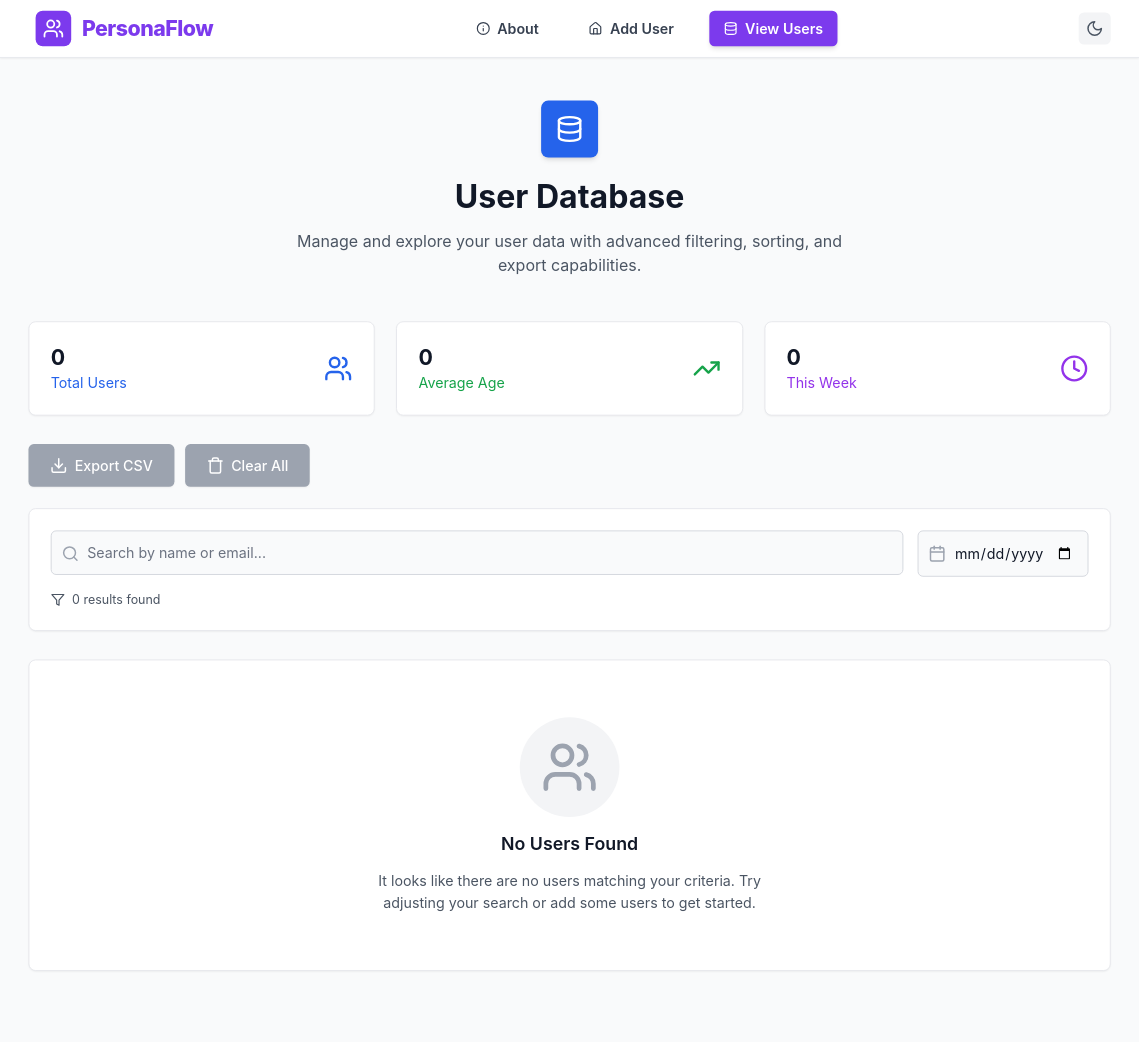
Repository: nikunjagarwal05/PersonaFlow
Page: /view
These files come from the project's save history. The page is drawn as it stood at one moment and after the next save; the edit follows.
The browser window is 1280 px wide. The pictures show the whole page, at 89% of full size.
The project was rebuilt for these pictures with package versions that can differ from the ones it lists, and the page was loaded fresh each time. Also part of the build but not shown: vite.config.ts, src/components/Toast.jsx, src/components/UserForm.jsx, src/pages/Home.jsx, src/components/Pagination.jsx, src/pages/About.jsx.

Above is the page before, as saved 2025-06-10 18:12:16.

### index.html
<!doctype html>
<html lang="en">
  <head>
    <meta charset="UTF-8" />
    <link rel="icon" type="image/svg+xml" href="/vite.svg" />
    <meta name="viewport" content="width=device-width, initial-scale=1.0" />
    <meta name="description" content="PersonaFlow - A professional user management system with advanced data handling capabilities" />
    <meta name="keywords" content="user management, data management, professional design, React, JavaScript" />
    <meta name="author" content="PersonaFlow Team" />

    <!-- Open Graph / Facebook -->
    <meta property="og:type" content="website" />
    <meta property="og:title" content="PersonaFlow - Professional User Management" />
    <meta property="og:description" content="Manage users with our professional, clean interface" />

    <!-- Twitter -->
    <meta property="twitter:card" content="summary_large_image" />
    <meta property="twitter:title" content="PersonaFlow - Professional User Management" />
    <meta property="twitter:description" content="Manage users with our professional, clean interface" />

    <title>PersonaFlow - User Management System</title>
  </head>
  <body>
    <div id="root"></div>
    <script type="module" src="/src/main.jsx"></script>
  </body>
</html>

### src/App.jsx
import React, { useState, useEffect } from 'react';
import { BrowserRouter as Router, Routes, Route } from 'react-router-dom';

import { ToastProvider } from './components/ToastContainer';
import Navbar from './components/Navbar';
import Home from './pages/Home';
import ViewData from './pages/ViewData';
import About from './pages/About';

// App component manages global state, dark mode, and routing
function App() {
  const [darkMode, setDarkMode] = useState(() => {
    const saved = localStorage.getItem('darkMode');
    return saved ? JSON.parse(saved) : false;
  });

  useEffect(() => {
    localStorage.setItem('darkMode', JSON.stringify(darkMode));
    if (darkMode) {
      document.documentElement.classList.add('dark');
    } else {
      document.documentElement.classList.remove('dark');
    }
  }, [darkMode]);

  const toggleDarkMode = () => {
    setDarkMode(!darkMode);
  };

  return (
    <div className={`min-h-screen transition-colors duration-300 ${darkMode ? 'dark' : ''}`}>
      <ToastProvider>
        <Router>
          <Navbar darkMode={darkMode} toggleDarkMode={toggleDarkMode} />
          <Routes>
            <Route path="/" element={<About />} />
            <Route path="/add" element={<Home />} />
            <Route path="/view" element={<ViewData />} />
          </Routes>
        </Router>
      </ToastProvider>
    </div>
  );
}

export default App;

### src/index.css
@tailwind base;
@tailwind components;
@tailwind utilities;

@layer base {
  html {
    scroll-behavior: smooth;
  }

  body {
    font-family: -apple-system, BlinkMacSystemFont, 'Segoe UI', 'Roboto', 'Oxygen',
      'Ubuntu', 'Cantarell', 'Fira Sans', 'Droid Sans', 'Helvetica Neue',
      sans-serif;
    -webkit-font-smoothing: antialiased;
    -moz-osx-font-smoothing: grayscale;
    background-color: theme('colors.lightbg'); /* Deeper, softer white for light mode */
    color: theme('colors.gray.900');
  }
  .card {
    background-color: theme('colors.lightcard');
    border: 1px solid theme('colors.lightborder');
    border-radius: 0.75rem;
    box-shadow: 0 2px 8px 0 rgba(0,0,0,0.03);
  }
  .dark body {
    background-color: theme('colors.gray.900');
    color: theme('colors.gray.100');
  }
  .dark .card {
    background-color: theme('colors.gray.800');
    border: 1px solid theme('colors.gray.700');
  }
}

@layer utilities {
  .animate-slide-in {
    animation: slideIn 0.3s ease-out;
  }

  .animate-fade-in {
    animation: fadeIn 0.2s ease-out;
  }
}

@keyframes slideIn {
  from {
    opacity: 0;
    transform: translateX(100%);
  }
  to {
    opacity: 1;
    transform: translateX(0);
  }
}

@keyframes fadeIn {
  from {
    opacity: 0;
  }
  to {
    opacity: 1;
  }
}

/* Custom scrollbar */
::-webkit-scrollbar {
  width: 8px;
}

::-webkit-scrollbar-track {
  background: rgba(0, 0, 0, 0.1);
  border-radius: 10px;
}

::-webkit-scrollbar-thumb {
  background: #3b82f6;
  border-radius: 10px;
}

::-webkit-scrollbar-thumb:hover {
  background: #2563eb;
}

/* Focus styles */
input:focus, select:focus, textarea:focus {
  outline: none;
  box-shadow: 0 0 0 3px rgba(59, 130, 246, 0.3);
}

/* Selection styles */
::selection {
  background: rgba(59, 130, 246, 0.3);
  color: white;
}

/* Loading spinner */
.loading-spinner {
  border: 3px solid rgba(59, 130, 246, 0.3);
  border-radius: 50%;
  border-top: 3px solid #3b82f6;
  width: 24px;
  height: 24px;
  animation: spin 1s linear infinite;
}

@keyframes spin {
  0% { transform: rotate(0deg); }
  100% { transform: rotate(360deg); }
}

/* Button animations */
.btn-hover {
  transition: all 0.2s ease-in-out;
}

.btn-hover:hover {
  transform: translateY(-1px);
  box-shadow: 0 4px 12px rgba(0, 0, 0, 0.15);
}

/* Card hover effects */
.card-hover {
  transition: all 0.2s ease-in-out;
}

.card-hover:hover {
  transform: translateY(-2px);
  box-shadow: 0 8px 25px rgba(0, 0, 0, 0.1);
}

/* Mobile optimizations */
@media (max-width: 768px) {
  .animate-slide-in {
    animation: slideInMobile 0.3s ease-out;
  }
}

@keyframes slideInMobile {
  from {
    opacity: 0;
    transform: translateY(20px);
  }
  to {
    opacity: 1;
    transform: translateY(0);
  }
}

/* High contrast mode support */
@media (prefers-contrast: high) {
  .bg-gradient-to-r {
    background: solid;
  }
}

/* Reduced motion support */
@media (prefers-reduced-motion: reduce) {
  * {
    animation-duration: 0.01ms !important;
    animation-iteration-count: 1 !important;
    transition-duration: 0.01ms !important;
  }

  .animate-slide-in,
  .animate-fade-in {
    animation: none;
  }
}

/* Dark mode improvements */
.dark {
  color-scheme: dark;
}

/* Form improvements */
.form-input {
  transition: all 0.2s ease-in-out;
}

.form-input:focus {
  transform: translateY(-1px);
}

/* Table improvements */
.table-row {
  transition: all 0.2s ease-in-out;
}

.table-row:hover {
  transform: scale(1.01);
}

/* Accent color for buttons and links */
.btn-accent {
  background-color: theme('colors.accent.DEFAULT');
  color: #fff;
}
.btn-accent:hover {
  background-color: theme('colors.accent.dark');
}
.link-accent {
  color: theme('colors.accent.DEFAULT');
}
.link-accent:hover {
  color: theme('colors.accent.dark');
}

/* Use darkaccent for accent in dark mode */
.dark .btn-accent {
  background-color: theme('colors.darkaccent.DEFAULT');
  color: #fff;
}
.dark .btn-accent:hover {
  background-color: theme('colors.darkaccent.dark');
}
.dark .link-accent {
  color: theme('colors.darkaccent.DEFAULT');
}
.dark .link-accent:hover {
  color: theme('colors.darkaccent.dark');
}

### src/components/ToastContainer.jsx
import React, { createContext, useContext, useState, useCallback } from 'react';
import Toast from './Toast';

// ToastContainer provides context and renders toasts
const ToastContext = createContext(undefined);

export const useToast = () => {
  const context = useContext(ToastContext);
  if (!context) {
    throw new Error('useToast must be used within a ToastProvider');
  }
  return context;
};

export const ToastProvider = ({ children }) => {
  const [toasts, setToasts] = useState([]);

  const showToast = useCallback((toast) => {
    const id = crypto.randomUUID();
    const newToast = {
      ...toast,
      id,
      onClose: removeToast,
    };
    setToasts(prev => [...prev, newToast]);
  }, []);

  const removeToast = useCallback((id) => {
    setToasts(prev => prev.filter(toast => toast.id !== id));
  }, []);

  return (
    <ToastContext.Provider value={{ showToast }}>
      {children}
      <div className="fixed top-4 right-4 z-50 space-y-2 max-w-sm">
        {toasts.map(toast => (
          <Toast key={toast.id} {...toast} />
        ))}
      </div>
    </ToastContext.Provider>
  );
};

### src/components/Navbar.jsx
import React from 'react';
import { Link, useLocation } from 'react-router-dom';
import { Home, Database, Moon, Sun, Users, Info } from 'lucide-react';

// Navbar component provides navigation and dark mode toggle
const Navbar = ({ darkMode, toggleDarkMode }) => {
  const location = useLocation();

  return (
    <nav className="sticky top-0 z-40 bg-white dark:bg-gray-900 border-b border-gray-200 dark:border-gray-700 shadow-sm">
      <div className="max-w-7xl mx-auto px-4 sm:px-6 lg:px-8">
        <div className="flex justify-between items-center h-16 w-full">

          {/* App Name at far left */}
          <div className="flex items-center pl-2 pr-8 min-w-[220px]">

            <div className="p-2 bg-accent dark:bg-darkaccent rounded-lg">
              <Users className="w-6 h-6 text-white" />
            </div>

            <h1 className="ml-3 text-2xl font-extrabold text-accent dark:text-darkaccent-light tracking-tight select-none">
              PersonaFlow
            </h1>
          </div>

          {/* Nav Links Centered */}
          <div className="flex-1 flex justify-center">
            <div className="flex items-baseline space-x-6">
              <Link
                to="/"
                className={`px-4 py-2 rounded-md font-semibold transition-all duration-200 flex items-center space-x-2 ${
                  location.pathname === '/'
                    ? 'bg-accent dark:bg-darkaccent text-white shadow-md'
                    : 'text-gray-700 dark:text-gray-300 hover:bg-gray-100 dark:hover:bg-gray-800'
                }`}
              >
                <Info className="w-4 h-4" />
                <span>About</span>
              </Link>
              <Link
                to="/add"
                className={`px-4 py-2 rounded-md font-semibold transition-all duration-200 flex items-center space-x-2 ${
                  location.pathname === '/add'
                    ? 'bg-accent dark:bg-darkaccent text-white shadow-md'
                    : 'text-gray-700 dark:text-gray-300 hover:bg-gray-100 dark:hover:bg-gray-800'
                }`}
              >
                <Home className="w-4 h-4" />
                <span>Add User</span>
              </Link>
              <Link
                to="/view"
                className={`px-4 py-2 rounded-md font-semibold transition-all duration-200 flex items-center space-x-2 ${
                  location.pathname === '/view'
                    ? 'bg-accent dark:bg-darkaccent text-white shadow-md'
                    : 'text-gray-700 dark:text-gray-300 hover:bg-gray-100 dark:hover:bg-gray-800'
                }`}
              >
                <Database className="w-4 h-4" />
                <span>View Users</span>
              </Link>
            </div>
          </div>

          {/* Theme Toggle at far right */}
          <div className="flex items-center justify-end min-w-[60px]">
            <button
              onClick={toggleDarkMode}
              className="p-2 rounded-md bg-gray-100 dark:bg-gray-800 hover:bg-gray-200 dark:hover:bg-gray-700 transition-all duration-200"
              aria-label="Toggle dark mode"
            >
              {darkMode ? (
                <Sun className="w-5 h-5 text-yellow-500" />
              ) : (
                <Moon className="w-5 h-5 text-gray-600" />
              )}
            </button>
          </div>
        </div>
      </div>

      {/* Mobile Navigation */}
      <div className="md:hidden border-t border-gray-200 dark:border-gray-700">
        <div className="px-2 pt-2 pb-3 space-y-1">
          <Link
            to="/"
            className={`block px-3 py-2 rounded-md text-base font-medium transition-all duration-200 flex items-center space-x-2 ${
              location.pathname === '/'
                ? 'bg-accent dark:bg-darkaccent text-white'
                : 'text-gray-700 dark:text-gray-300 hover:bg-gray-100 dark:hover:bg-gray-800'
            }`}
          >
            <Info className="w-4 h-4" />
            <span>About</span>
          </Link>
          <Link
            to="/add"
            className={`block px-3 py-2 rounded-md text-base font-medium transition-all duration-200 flex items-center space-x-2 ${
              location.pathname === '/add'
                ? 'bg-accent dark:bg-darkaccent text-white'
                : 'text-gray-700 dark:text-gray-300 hover:bg-gray-100 dark:hover:bg-gray-800'
            }`}
          >
            <Home className="w-4 h-4" />
            <span>Add User</span>
          </Link>
          <Link
            to="/view"
            className={`block px-3 py-2 rounded-md text-base font-medium transition-all duration-200 flex items-center space-x-2 ${
              location.pathname === '/view'
                ? 'bg-accent dark:bg-darkaccent text-white'
                : 'text-gray-700 dark:text-gray-300 hover:bg-gray-100 dark:hover:bg-gray-800'
            }`}
          >
            <Database className="w-4 h-4" />
            <span>View Users</span>
          </Link>
        </div>
      </div>
    </nav>
  );
};

export default Navbar;

### src/components/SearchBar.jsx
import React from 'react';
import { Search, X, Calendar, Filter } from 'lucide-react';

const SearchBar = ({
  searchQuery,
  onSearchChange,
  dateFilter,
  onDateFilterChange,
  onClearFilters,
  totalResults
}) => {
  return (
    <div className="bg-white dark:bg-gray-800 rounded-lg border border-gray-200 dark:border-gray-700 p-6 shadow-sm">
      <div className="flex flex-col lg:flex-row gap-4">
        {/* Search Input */}
        <div className="flex-1 relative">
          <div className="absolute inset-y-0 left-0 pl-3 flex items-center pointer-events-none">
            <Search className="h-5 w-5 text-gray-400" />
          </div>
          <input
            type="text"
            placeholder="Search by name or email..."
            value={searchQuery}
            onChange={(e) => onSearchChange(e.target.value)}
            className="w-full pl-10 pr-4 py-3 bg-gray-50 dark:bg-gray-700 border border-gray-300 dark:border-gray-600 rounded-md focus:outline-none focus:ring-2 focus:ring-blue-500 focus:border-transparent transition-all duration-200 text-gray-900 dark:text-white placeholder-gray-500 dark:placeholder-gray-400"
          />
        </div>

        {/* Date Filter */}
        <div className="relative">
          <div className="absolute inset-y-0 left-0 pl-3 flex items-center pointer-events-none">
            <Calendar className="h-5 w-5 text-gray-400" />
          </div>
          <input
            type="date"
            value={dateFilter}
            onChange={(e) => onDateFilterChange(e.target.value)}
            className="w-full lg:w-48 pl-10 pr-4 py-3 bg-gray-50 dark:bg-gray-700 border border-gray-300 dark:border-gray-600 rounded-md focus:outline-none focus:ring-2 focus:ring-blue-500 focus:border-transparent transition-all duration-200 text-gray-900 dark:text-white"
          />
        </div>

        {/* Clear Filters Button */}
        {(searchQuery || dateFilter) && (
          <button
            onClick={onClearFilters}
            className="flex items-center space-x-2 px-6 py-3 bg-red-600 hover:bg-red-700 text-white font-medium rounded-md transition-all duration-200 shadow-sm hover:shadow-md"
          >
            <X className="w-4 h-4" />
            <span className="hidden sm:inline">Clear</span>
          </button>
        )}
      </div>

      {/* Results Counter */}
      {totalResults !== undefined && (
        <div className="mt-4 flex items-center justify-between">
          <div className="flex items-center space-x-2 text-sm text-gray-600 dark:text-gray-400">
            <Filter className="w-4 h-4" />
            <span>
              {totalResults} {totalResults === 1 ? 'result' : 'results'} found
            </span>
          </div>
          {(searchQuery || dateFilter) && (
            <div className="text-sm text-gray-500 dark:text-gray-500">
              {searchQuery && (
                <span className="bg-blue-100 dark:bg-blue-900/30 text-blue-800 dark:text-blue-300 px-2 py-1 rounded-md mr-2">
                  "{searchQuery}"
                </span>
              )}
              {dateFilter && (
                <span className="bg-green-100 dark:bg-green-900/30 text-green-800 dark:text-green-300 px-2 py-1 rounded-md">
                  DOB: {new Date(dateFilter).toLocaleDateString()}
                </span>
              )}
            </div>
          )}
        </div>
      )}
    </div>
  );
};

export default SearchBar;

### src/components/Modal.jsx
import React from 'react';
import { Dialog, Transition } from '@headlessui/react';
import { X } from 'lucide-react';

// Modal component for dialogs and popups
const Modal = ({ isOpen, onClose, title, children, size = 'md' }) => {
  const sizeClasses = {
    sm: 'max-w-md',
    md: 'max-w-lg',
    lg: 'max-w-2xl',
    xl: 'max-w-4xl',
  };

  return (
    <Transition show={isOpen} as={React.Fragment}>
      <Dialog as="div" className="relative z-50" onClose={onClose}>
        <Transition.Child
          as={React.Fragment}
          enter="ease-out duration-300"
          enterFrom="opacity-0"
          enterTo="opacity-100"
          leave="ease-in duration-200"
          leaveFrom="opacity-100"
          leaveTo="opacity-0"
        >
          <div className="fixed inset-0 bg-black/50" />
        </Transition.Child>

        <div className="fixed inset-0 overflow-y-auto">
          <div className="flex min-h-full items-center justify-center p-4 text-center">
            <Transition.Child
              as={React.Fragment}
              enter="ease-out duration-300"
              enterFrom="opacity-0 scale-95"
              enterTo="opacity-100 scale-100"
              leave="ease-in duration-200"
              leaveFrom="opacity-100 scale-100"
              leaveTo="opacity-0 scale-95"
            >
              <Dialog.Panel className={`w-full ${sizeClasses[size]} transform overflow-hidden rounded-lg bg-white dark:bg-gray-800 border border-gray-200 dark:border-gray-700 p-6 text-left align-middle shadow-xl transition-all`}>
                <div className="flex items-center justify-between mb-6">
                  <Dialog.Title className="text-xl font-semibold text-gray-900 dark:text-white">
                    {title}
                  </Dialog.Title>
                  <button
                    onClick={onClose}
                    className="p-2 rounded-md bg-gray-100 dark:bg-gray-700 hover:bg-gray-200 dark:hover:bg-gray-600 transition-all duration-200"
                  >
                    <X className="w-5 h-5 text-gray-600 dark:text-gray-400" />
                  </button>
                </div>
                {children}
              </Dialog.Panel>
            </Transition.Child>
          </div>
        </div>
      </Dialog>
    </Transition>
  );
};

export default Modal;

Loaded but not shown: src/main.jsx (common file); src/utils/localStorage.js (119 lines, source omitted); tailwind.config.js (25 lines, source omitted); src/pages/ViewData.jsx (372 lines, source omitted); src/components/UserTable.jsx (164 lines, source omitted)

After the next save:
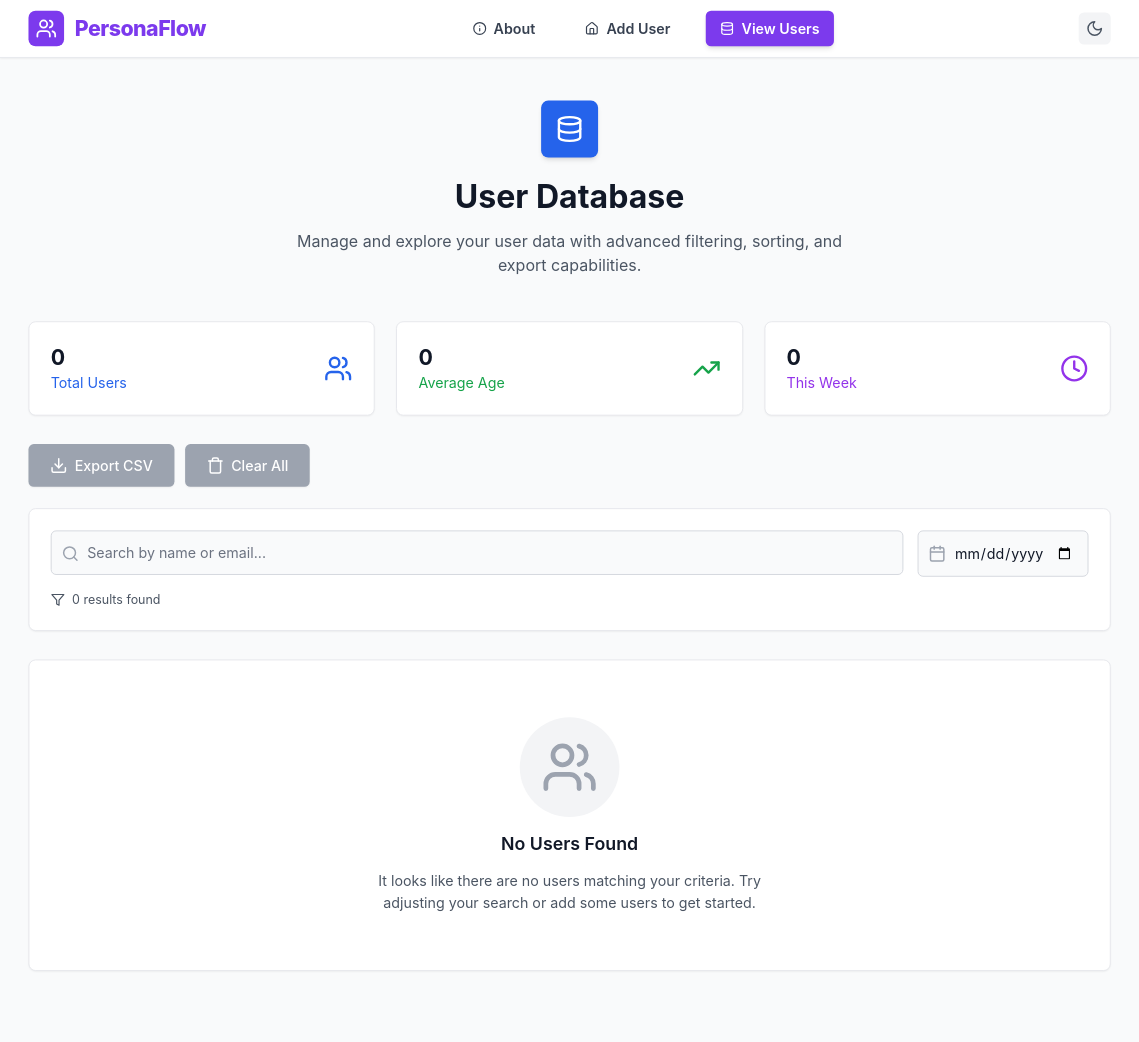
Saved 7 s later.
--- a/src/components/Navbar.jsx
+++ b/src/components/Navbar.jsx
@@ -12,7 +12,7 @@ const Navbar = ({ darkMode, toggleDarkMode }) => {
         <div className="flex justify-between items-center h-16 w-full">
 
           {/* App Name at far left */}
-          <div className="flex items-center pl-2 pr-8 min-w-[220px]">
+          <div className="flex items-center pr-8 min-w-[220px]">
 
             <div className="p-2 bg-accent dark:bg-darkaccent rounded-lg">
               <Users className="w-6 h-6 text-white" />
